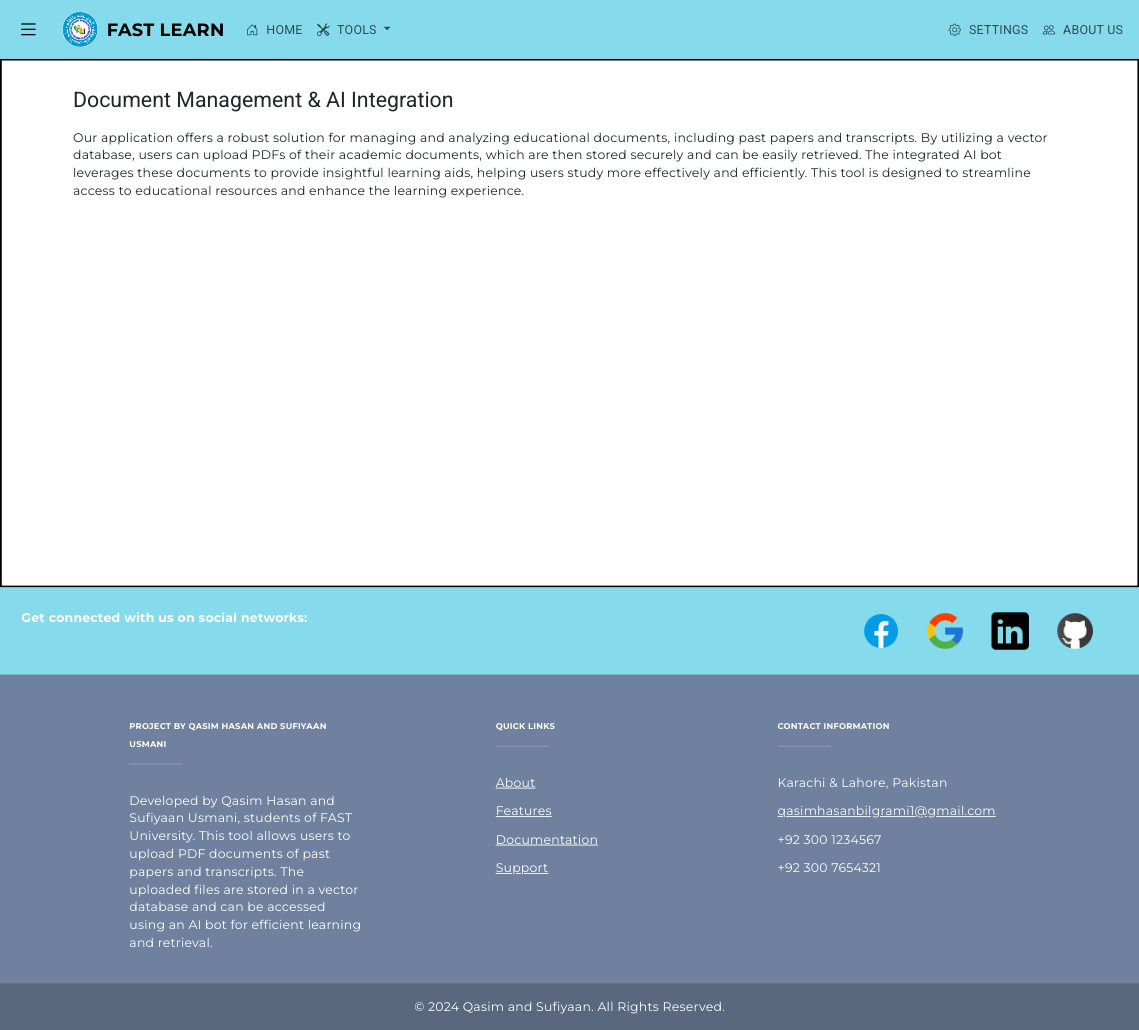
Repository: fastlearn-e0c9858e10ed/Frontend
Page: / (app in fastlearn/)
The author's editor kept a copy of each file at every save. The page is drawn from the files as they stood at one save, then again after a run of saves.
The browser window is 1280 px wide. The pictures show the whole page, at 89% of full size.
The project was rebuilt for these pictures with package versions that can differ from the ones it lists, and the page was loaded fresh each time. Also part of the build but not shown: fastlearn/angular.json.

Above is the page before, as saved 2024-08-19 10:45:21.

After the next 2 saves:
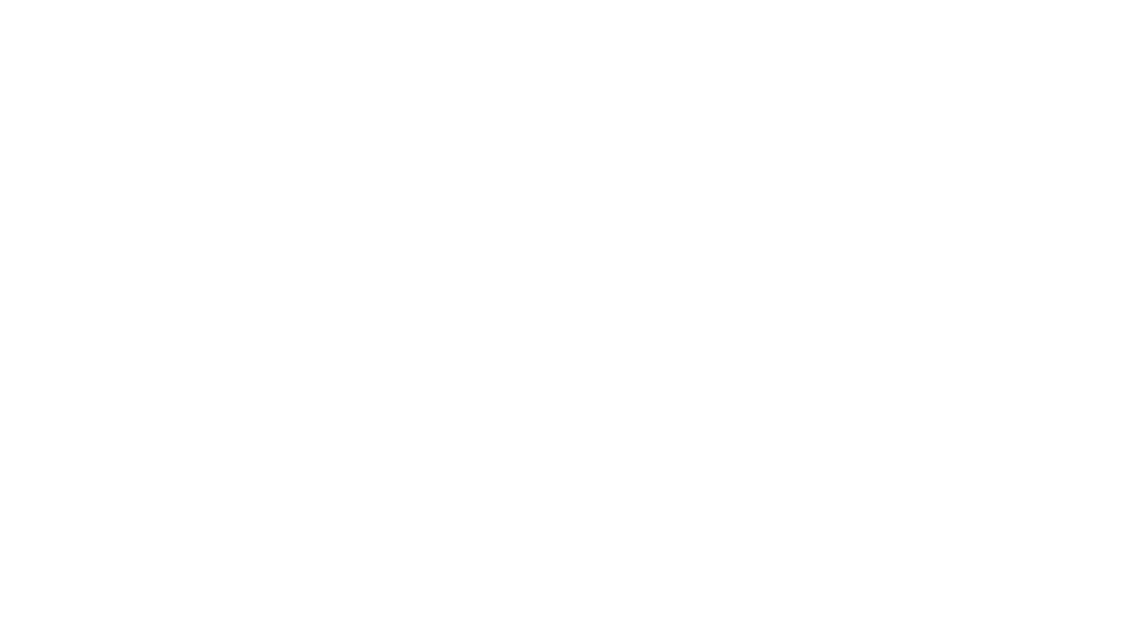
The 2 saves are shown as one change because 1 did not build or start.
The last was saved 4 min 17 s later.
--- a/fastlearn/src/app/components/header-page/header-page.component.html
+++ b/fastlearn/src/app/components/header-page/header-page.component.html
@@ -1,7 +1,7 @@
 <nav class="navbar navbar-expand-lg navbar-light" style="background-color: #85dbeb;">
   <a class="navbar-brand ml-2 d-flex align-items-center" href="#">
     <!-- Drawer Icon -->
-    <i class="bi bi-list navbar-icon mr-2" style="font-size: 24px; cursor: pointer;" onclick="toggleDrawer()"></i>
+    <app-drawer-page></app-drawer-page>
 
     <!-- Fast Learn Icon and Text -->
     <img src="../../../assets/header_icons/fast.png" alt="Custom Icon" class="navbar-icon mr-2">
@@ -22,15 +22,16 @@
         </a>
       </li>
 
-      <li class="nav-item dropdown">
-        <a class="nav-link dropdown-toggle" href="#" id="navbarDropdown" role="button" data-bs-toggle="dropdown" aria-expanded="false">
+      <li class="nav-item">
+        <a mat-button [matMenuTriggerFor]="toolsMenu">
           <i class="bi bi-tools"></i> TOOLS
         </a>
-        <ul class="dropdown-menu" aria-labelledby="navbarDropdown">
-          <li><a class="dropdown-item" routerLink="/toolpage/notespage">Notes</a></li>
-          <li><a class="dropdown-item" routerLink="/toolpage/pastpaperpage">Past Paper</a></li>
-        </ul>
+        <mat-menu #toolsMenu="matMenu">
+          <button mat-menu-item [routerLink]="/toolpage/notespage">Notes</button>
+          <button mat-menu-item [routerLink]="/toolpage/pastpaperpage">Past Paper</button>
+        </mat-menu>
       </li>
+
     </ul>
     <div class="ml-auto d-flex align-items-center">
       <ul class="navbar-nav">

After the 3 saves that followed:
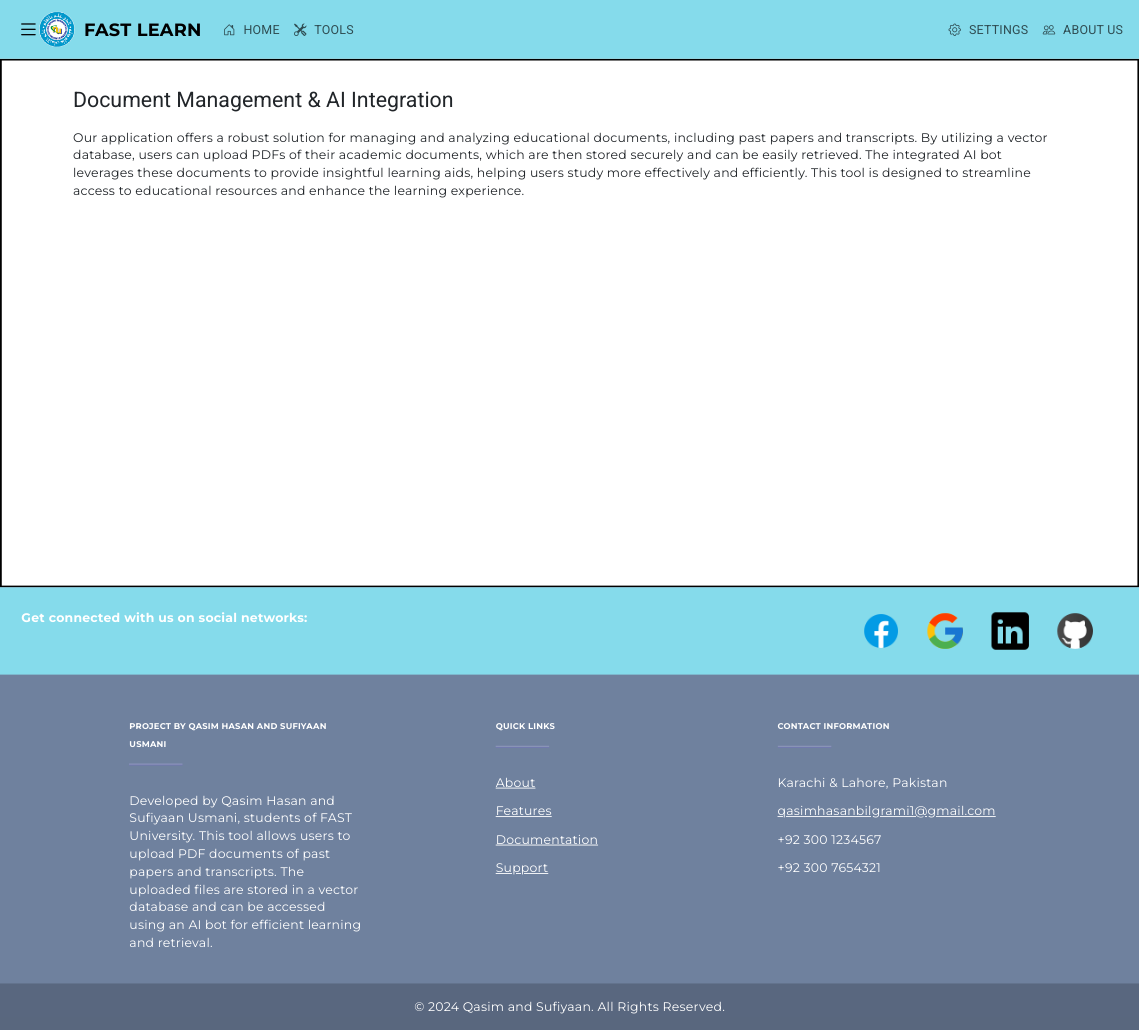
The 3 saves are shown as one change because 2 did not build or start.
The last was saved 2 min 20 s later.
--- a/fastlearn/src/app/app.module.ts
+++ b/fastlearn/src/app/app.module.ts
@@ -9,12 +9,14 @@ import { FooterPageComponent } from './components/footer-page/footer-page.compon
 import { HomePageComponent } from './components/home-page/home-page.component';
 
 import { MatMenuModule } from '@angular/material/menu';
+import { DrawerPageComponent } from './components/drawer-page/drawer-page.component';
 @NgModule({
   declarations: [
     AppComponent,
     HeaderPageComponent,
     FooterPageComponent,
-    HomePageComponent
+    HomePageComponent,
+    DrawerPageComponent
   ],
   imports: [
     BrowserModule,
--- a/fastlearn/src/app/components/header-page/header-page.component.html
+++ b/fastlearn/src/app/components/header-page/header-page.component.html
@@ -22,13 +22,13 @@
         </a>
       </li>
 
-      <li class="nav-item">
-        <a mat-button [matMenuTriggerFor]="toolsMenu">
+      <li class="nav-item" [matMenuTriggerFor]="toolsMenu">
+        <a class="nav-link" href="#">
           <i class="bi bi-tools"></i> TOOLS
         </a>
         <mat-menu #toolsMenu="matMenu">
-          <button mat-menu-item [routerLink]="/toolpage/notespage">Notes</button>
-          <button mat-menu-item [routerLink]="/toolpage/pastpaperpage">Past Paper</button>
+          <button mat-menu-item routerLink="/toolpage/notespage">Notes</button>
+          <button mat-menu-item routerLink="/toolpage/pastpaperpage">Past Paper</button>
         </mat-menu>
       </li>
 
@@ -41,7 +41,7 @@
           </a>
         </li>
         <li class="nav-item">
-          <a class="nav-link" routerLink="/settingpage">
+          <a class="nav-link" routerLink="/aboutus">
             <i class="bi bi-people"></i> ABOUT US
           </a>
         </li>
